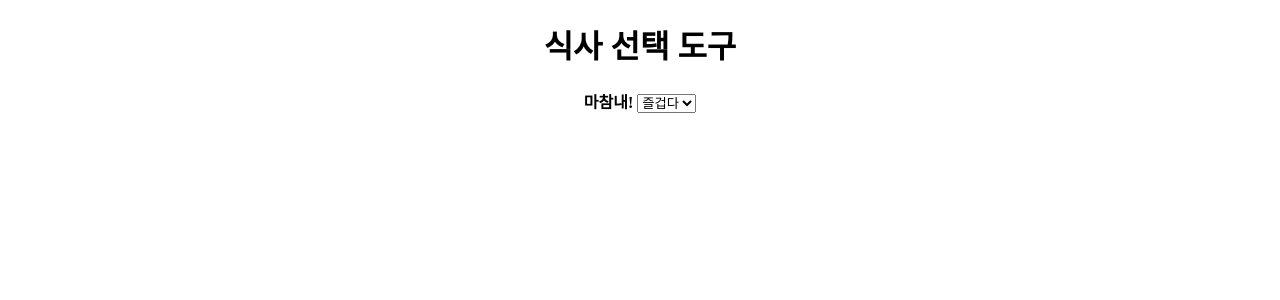
Repository: kimgh06/JavaWeb
Page: http://localhost/what/
These files come from the project's save history. The page is drawn as it stood at one moment and after the next save; the edit follows.
The browser window is 1280 px wide. The pictures show the whole page.
The page is served by Tomcat 9.

Above is the page before, as saved 2022-11-03 02:16:48.

After the next save:
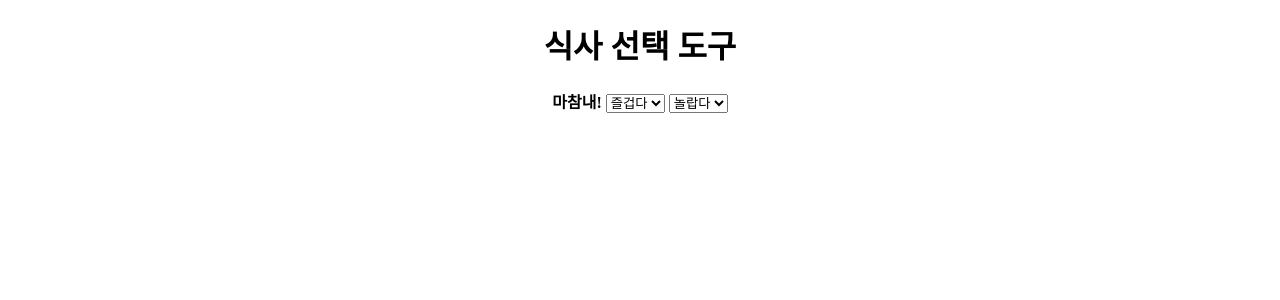
Saved 22 s later.
--- a/what/src/main/webapp/index.jsp
+++ b/what/src/main/webapp/index.jsp
@@ -13,9 +13,11 @@
 		<b>마참내!</b>
 		<select>
 			<option>즐겁다</option>
-			<option>놀랍다</option>
 			<option>화난다</option>
 			<option>기쁘다</option>
+		</select>
+		<select>
+			<option>놀랍다</option>
 		</select>
 	</div>
 </body>
